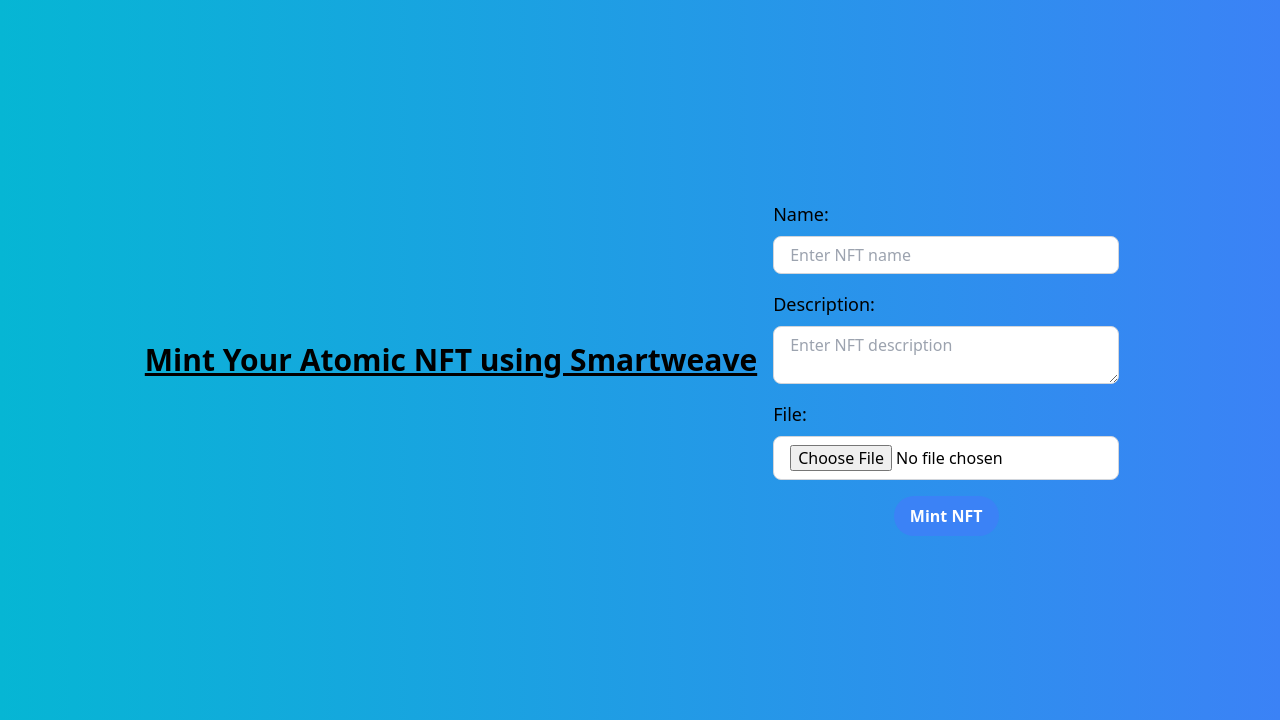
Repository: pawelpiwowarski/arweave-nft
Page: /
The author's editor kept a copy of each file at every save. The page is drawn from the files as they stood at one save, then again after the next save.
The browser window is 1280 px wide. The pictures show the whole page.
The project was rebuilt for these pictures with package versions that can differ from the ones it lists, and the page was loaded fresh each time. The framework's server and built-in components were replaced by stand-ins that run in the browser.

Above is the page before, as saved 2023-01-30 22:49:28.

### pages/_app.tsx
import '../styles/globals.css'

function MyApp({ Component, pageProps }) {
    return <Component {...pageProps} />
    }

export default MyApp

### pages/index.tsx
import { useState } from "react";
import connectToContract from '../configureWarpClient'
import FormData from "form-data";

function HomePage() {

const [name, setName] = useState<string | null>(null);
const [contract, setContract] = useState<string | null>(null);
const [image, setImage] = useState<string | null>(null);
const [description, setDescription] = useState<string | null>(null);
const [loading, setLoading] = useState<boolean>(false);



  async function handleSubmision(event: any) {
    setLoading(true);
    const file = document.getElementById('file') as HTMLInputElement;

    // prevent fromm re
    event.preventDefault();
    const {address} = await connectToContract();
    console.log(file.files[0])
    const formData = new FormData() as any;
    formData.append('address', address);
    formData.append('blob', file.files[0]);
    formData.append('name', name);
    formData.append('description', description);

    const respoonse  = await fetch('/api/mint', { method: 'POST', body: formData });


    const {image, contract} = await respoonse.json();
    console.log(image, contract);
    setContract(contract);
    setImage(image);
    setLoading(false);

  }
  async function handleFile() {

    console.log('file selected');



  }




  return (

       //centered div and apply nice background color
    <div className="bg-gradient-to-r from-cyan-500 to-blue-500 flex justify-center items-center h-screen bg-gray-100">


      { !contract && <h1 className="text-3xl font-bold underline" >Mint Your Atomic NFT using Smartweave </h1>}
      { contract && <img className="mx-auto" src={image} alt="NFT" /> }
      <form>
  <div className="flex flex-col m-4">

    <label className="text-lg font-medium mb-2" >Name:</label>
    <input className="bg-white focus:outline-none focus:shadow-outline-blue border border-gray-300 rounded-lg py-2 px-4 block w-full leading-5"
     type="text" id="name" name="name" placeholder="Enter NFT name" onChange= {(e)=> {

      setName(e.target.value);

     }}required/>
  </div>

  <div className="flex flex-col m-4">
    <label className="text-lg font-medium mb-2" >Description:</label>
    <textarea className="bg-white focus:outline-none focus:shadow-outline-blue border border-gray-300 rounded-lg py-2 px-4 block w-full leading-5"
    id="description" name="description" placeholder="Enter NFT description" onChange = {(e)=> {

        setDescription(e.target.value);

    }}required></textarea>
  </div>

  <div className="flex flex-col m-4">
    <label className="text-lg font-medium mb-2" >File:</label>
    <input className="bg-white focus:outline-none focus:shadow-outline-blue border border-gray-300 rounded-lg py-2 px-4 block w-full leading-5"
     type="file" id="file" name="file" onChange={handleFile} placeholder="Select NFT file" required/>
  </div>

  <div className="flex justify-center">
    <button className="bg-blue-500 hover:bg-blue-700 text-white font-bold py-2 px-4 rounded-full"  onClick={handleSubmision}>

      Mint NFT
    </button>

  </div>
  {contract &&
  <div className="flex  flex-col m-4">
    <p className="text-lg font-medium mb-2" >  Your Atomic NFT has been sucessfully minted on the Arweave blockchain  you can see by clicking on this link <a target="_blank" href={contract}> {contract}</a></p>





  </div>

  }

</form>






    </div>

  );
}

export default HomePage;

### configureWarpClient.ts
import { WarpFactory } from "warp-contracts";


let warp;


async function connectToContract() {
  warp = WarpFactory.forMainnet();

  // obtain the signature from the user who is using ArConnect wallet

  await window.arweaveWallet.connect([
    "ACCESS_ADDRESS",
    "SIGN_TRANSACTION",
    "SIGNATURE",
  ]);

  const address = await window.arweaveWallet.getActiveAddress();
  return { address };
}

export default connectToContract;

Loaded but not shown: styles/globals.css (common file); tailwind.config.js (common file)

After the next save:
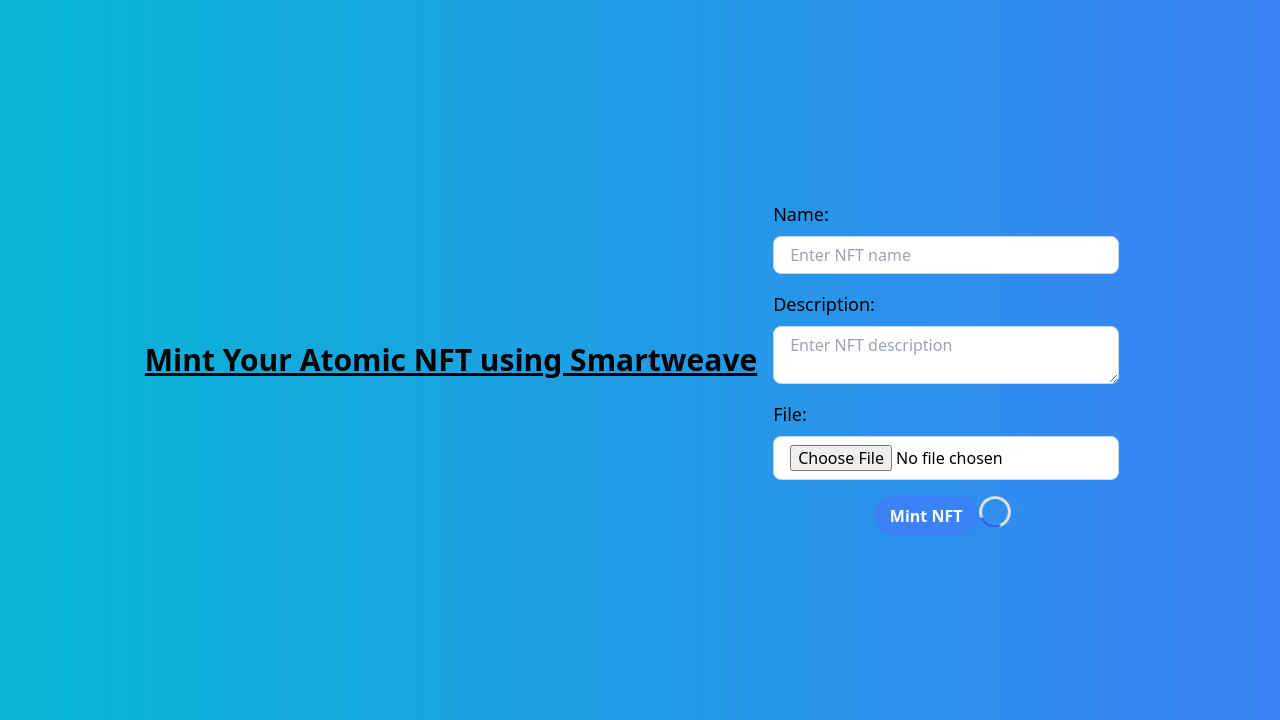
Saved 87 s later.
--- a/pages/index.tsx
+++ b/pages/index.tsx
@@ -89,6 +89,16 @@
       Mint NFT
     </button>
 
+
+<div role="status">
+    <svg aria-hidden="true" className="w-8 h-8 mr-2 text-gray-200 animate-spin dark:text-gray-600 fill-blue-600" viewBox="0 0 100 101" fill="none" xmlns="http://www.w3.org/2000/svg">
+        <path d="M100 50.5908C100 78.2051 77.6142 100.591 50 100.591C22.3858 100.591 0 78.2051 0 50.5908C0 22.9766 22.3858 0.59082 50 0.59082C77.6142 0.59082 100 22.9766 100 50.5908ZM9.08144 50.5908C9.08144 73.1895 27.4013 91.5094 50 91.5094C72.5987 91.5094 90.9186 73.1895 90.9186 50.5908C90.9186 27.9921 72.5987 9.67226 50 9.67226C27.4013 9.67226 9.08144 27.9921 9.08144 50.5908Z" fill="currentColor"/>
+        <path d="M93.9676 39.0409C96.393 38.4038 97.8624 35.9116 97.0079 33.5539C95.2932 28.8227 92.871 24.3692 89.8167 20.348C85.8452 15.1192 80.8826 10.7238 75.2124 7.41289C69.5422 4.10194 63.2754 1.94025 56.7698 1.05124C51.7666 0.367541 46.6976 0.446843 41.7345 1.27873C39.2613 1.69328 37.813 4.19778 38.4501 6.62326C39.0873 9.04874 41.5694 10.4717 44.0505 10.1071C47.8511 9.54855 51.7191 9.52689 55.5402 10.0491C60.8642 10.7766 65.9928 12.5457 70.6331 15.2552C75.2735 17.9648 79.3347 21.5619 82.5849 25.841C84.9175 28.9121 86.7997 32.2913 88.1811 35.8758C89.083 38.2158 91.5421 39.6781 93.9676 39.0409Z" fill="currentFill"/>
+    </svg>
+    <span className="sr-only">Loading...</span>
+</div>
+
+
   </div>
   {contract &&
   <div className="flex  flex-col m-4">

After the 2 saves that followed:
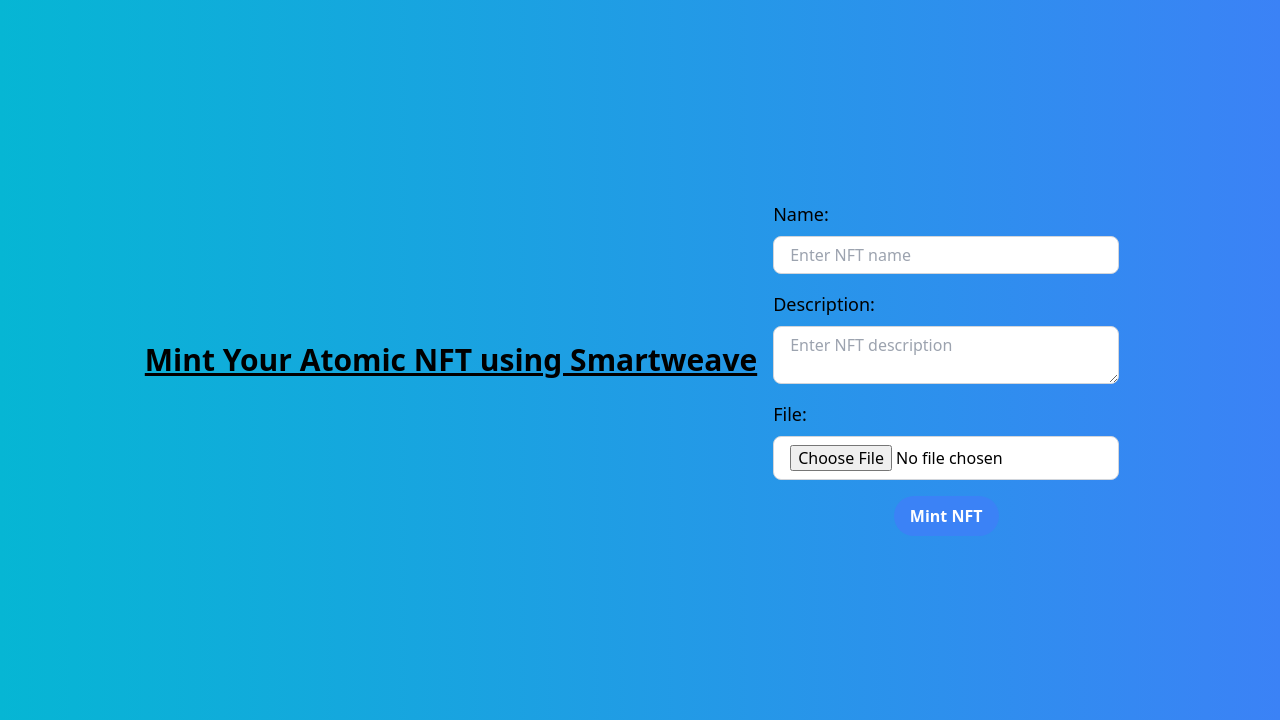
The 2 saves are shown as one change because 1 left the picture as it was.
The last was saved 27 s later.
--- a/pages/index.tsx
+++ b/pages/index.tsx
@@ -88,7 +88,7 @@
 
       Mint NFT
     </button>
-
+{ loading &&
 
 <div role="status">
     <svg aria-hidden="true" className="w-8 h-8 mr-2 text-gray-200 animate-spin dark:text-gray-600 fill-blue-600" viewBox="0 0 100 101" fill="none" xmlns="http://www.w3.org/2000/svg">
@@ -97,7 +97,7 @@
     </svg>
     <span className="sr-only">Loading...</span>
 </div>
-
+}
 
   </div>
   {contract &&
